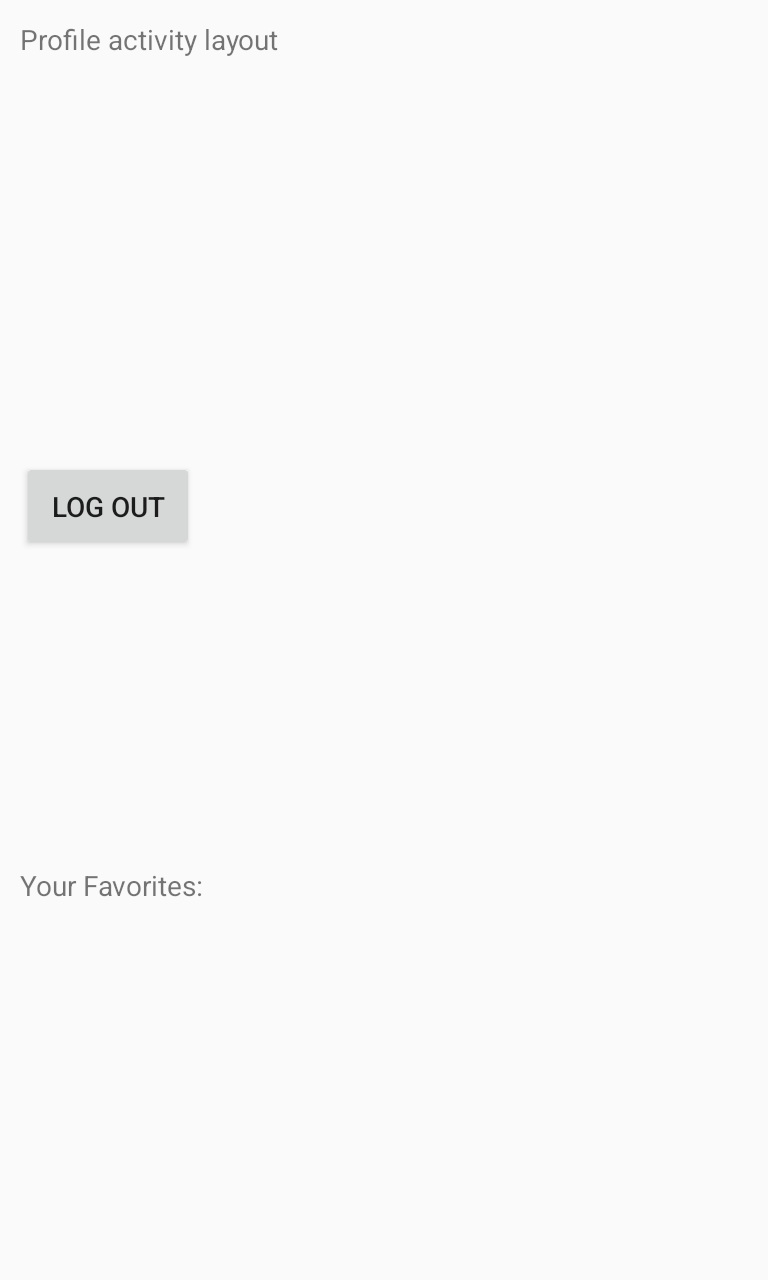
Repository: morgancundiff/TrollApp
Layout: Troll/res/layout/profile_layout.xml
An editor plug-in stored every save of this project. The layout is shown before and after the next save, followed by the edit.
It is drawn on a 768 x 1280 px phone screen (xhdpi) without system bars, with theme AppTheme; the app's code is not run. Lists and similar views that code fills are empty.

Above is the layout before, as saved 2014-05-29 04:47:31.

After the next save:
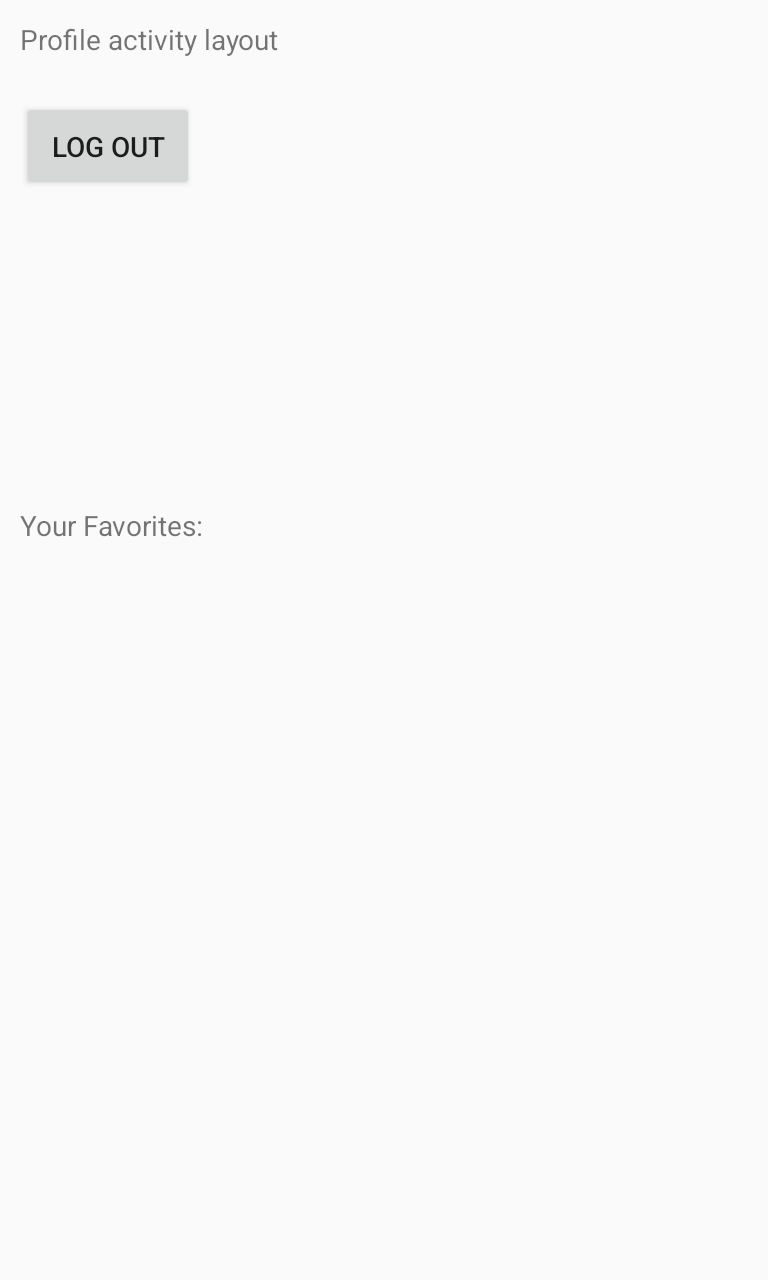
Saved 80 s later.
--- a/Troll/res/layout/profile_layout.xml
+++ b/Troll/res/layout/profile_layout.xml
@@ -20,7 +20,7 @@
         android:layout_height="wrap_content"
         android:layout_below="@+id/textView1"
         android:layout_centerHorizontal="true"
-        android:layout_marginTop="200dp"
+        android:layout_marginTop="20dp"
         android:text="Log Out" />
 
     <!-- Name Label -->
